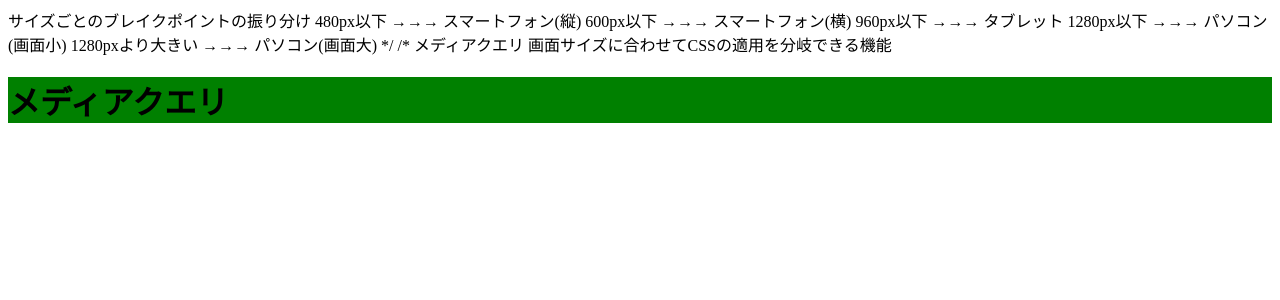
Repository: iwamani/samurai_HTML-CSS
Page: responsive.html
The author's editor kept a record of every edit. The page is drawn from the files as they stood at one moment, then again after the next edit.
The browser window is 1280 px wide. The pictures show the whole page.

Above is the page before.

### responsive.html
<!--レスポンシブデザイン-->

<!--ブレイクポイント
    CSSなどの設定をスマホ・ＰＣで切り分ける際の画面サイズのこと
-->

<!---->
サイズごとのブレイクポイントの振り分け

480px以下 →→→ スマートフォン(縦)
600px以下 →→→ スマートフォン(横)
960px以下 →→→ タブレット
1280px以下 →→→ パソコン(画面小)
1280pxより大きい →→→ パソコン(画面大)

*/

/*
メディアクエリ
    画面サイズに合わせてCSSの適用を分岐できる機能





<html lang="ja">
    <head>
        <meta name="viewport" content="width=device-width, initial-scale=1">
        <style>
            .media {
                background-color: blue;
            }

            @media screen and (min-width:480px) {
                .media {
                    background-color: red;
                }
            }

            @media screen and (min-width:640px) {
                .media {
                    background-color: green;
                }
            }
        </style>
    </head>
    <body>
        <div class="media">
            <h1>メディアクエリ</h1>
        </div>
    </body>
</html>

After the next edit:
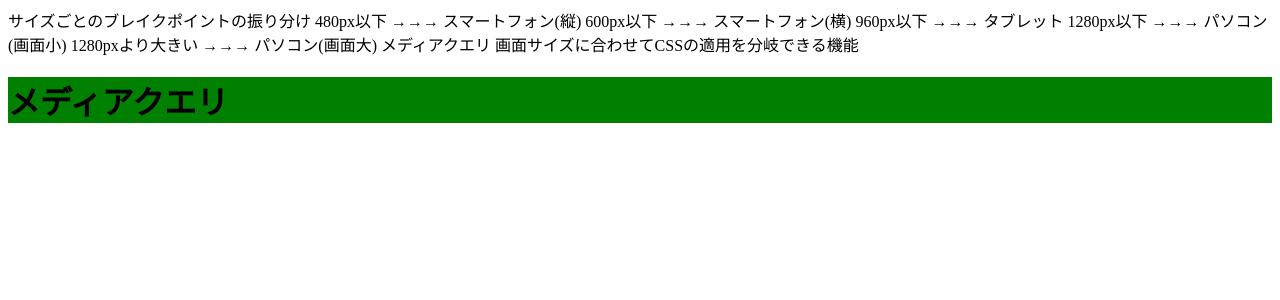
The edit:
--- a/responsive.html
+++ b/responsive.html
@@ -13,9 +13,7 @@
 1280px以下 →→→ パソコン(画面小)
 1280pxより大きい →→→ パソコン(画面大)
 
-*/
 
-/*
 メディアクエリ
     画面サイズに合わせてCSSの適用を分岐できる機能
 
